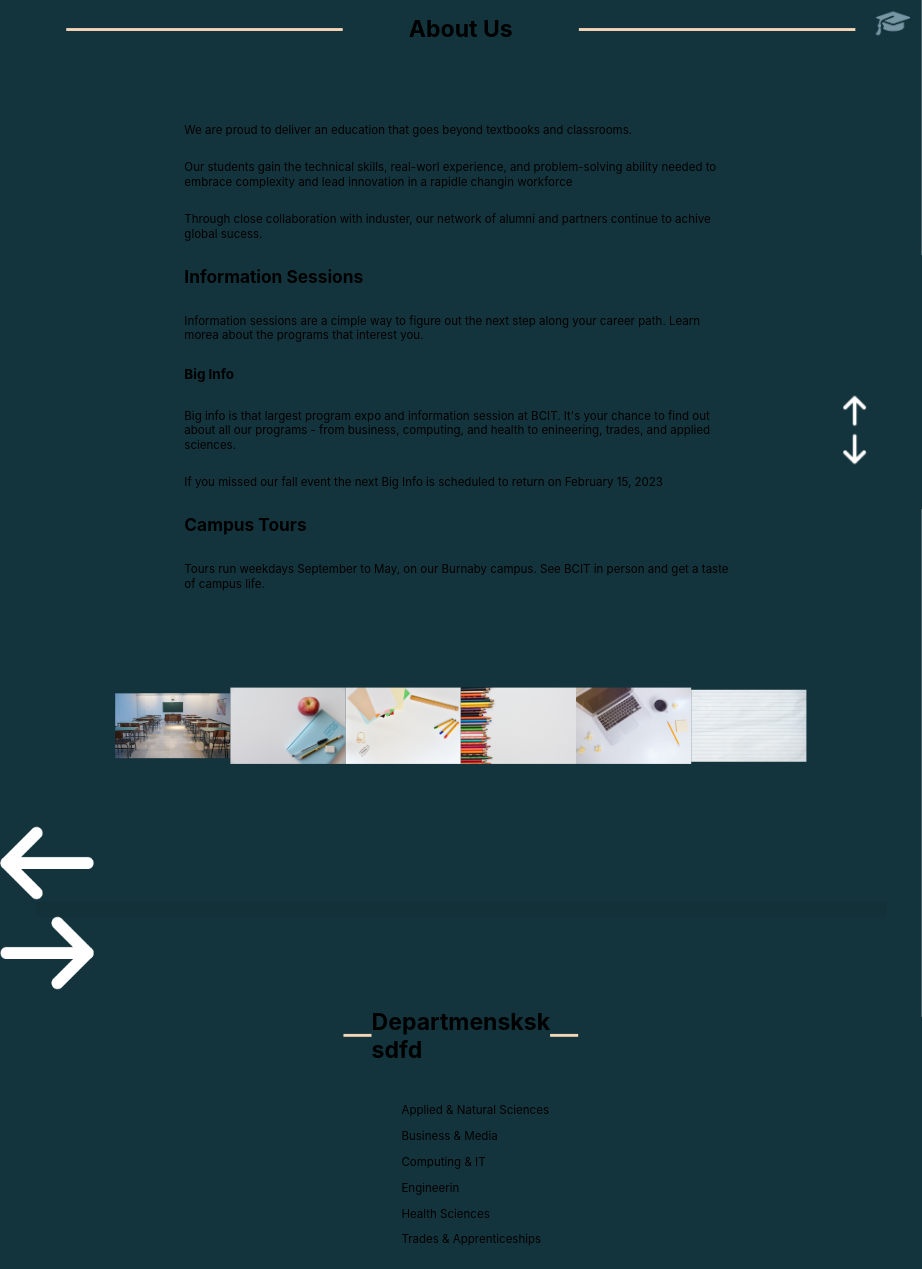
Repository: SaraShio/A01314209_Sara_Shiojima
Page: /about
An editor plug-in stored every save of this project. The page is shown before and after the next save, followed by the edit.
The browser window is 1280 px wide. The pictures show the whole page, at 72% of full size.
The project was rebuilt for these pictures with package versions that can differ from the ones it lists, and the page was loaded fresh each time. The framework's server and built-in components were replaced by stand-ins that run in the browser. Also part of the build but not shown: next.config.js.

Above is the page before, as saved 2023-02-08 22:10:51.

After the next save:
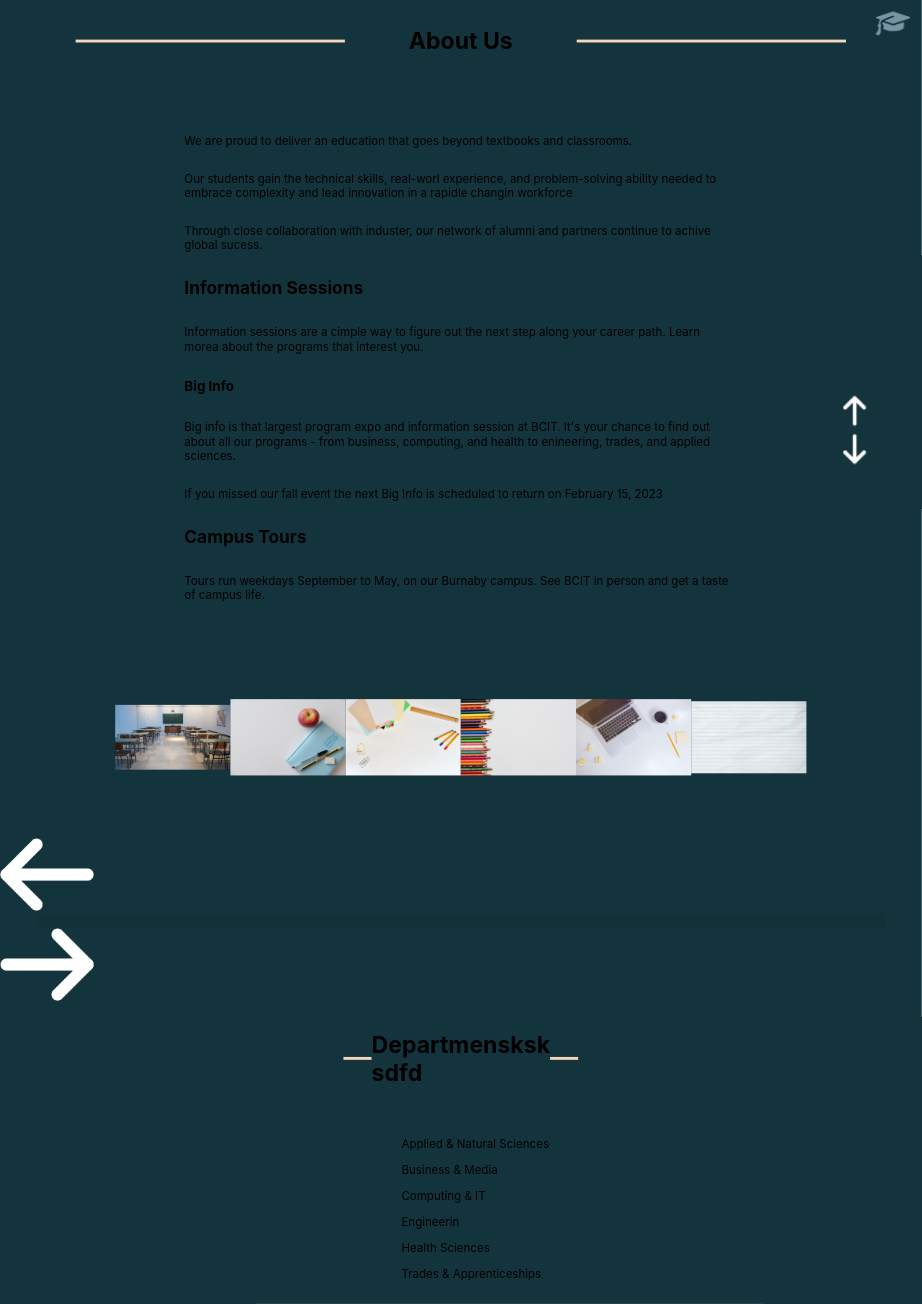
Saved 83 s later.
--- a/styles/About.module.css
+++ b/styles/About.module.css
@@ -26,6 +26,7 @@
 display: flex;
 justify-content: center;
 align-items: center;
+margin: 1rem 1rem
 }
 
 .line{
